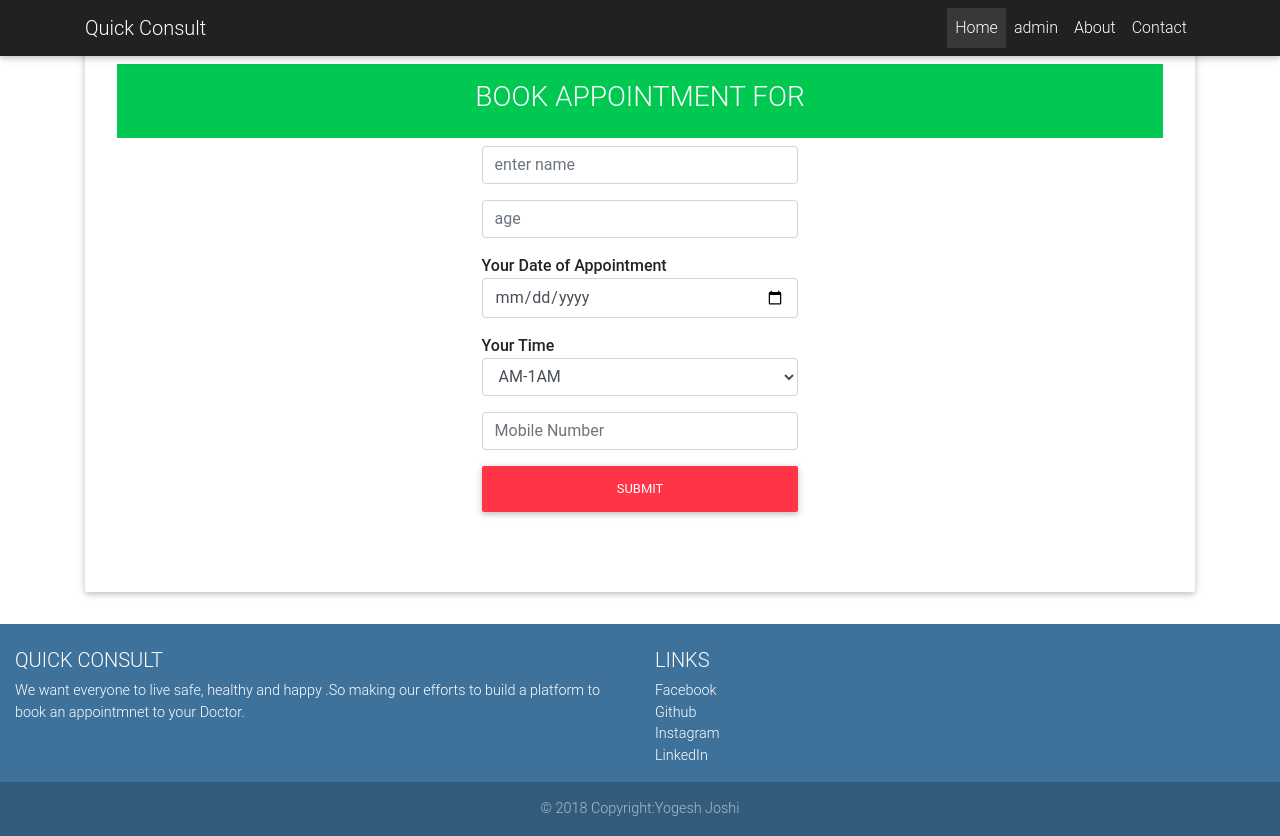
Repository: yogz-joshi/quick_consult
Page: work/v2/views/form2.ejs
The author's editor kept a record of every edit. The page is drawn from the files as they stood at one moment, then again after the next edit.
The browser window is 1280 px wide. The pictures show the whole page.
Some web libraries are served in a nearby version. The page is served by the project's Node server (work/v2/app.js). The template is opened directly, without the code that normally fills it, so the values that code supplies are empty.

Above is the page before.

After the next edit:
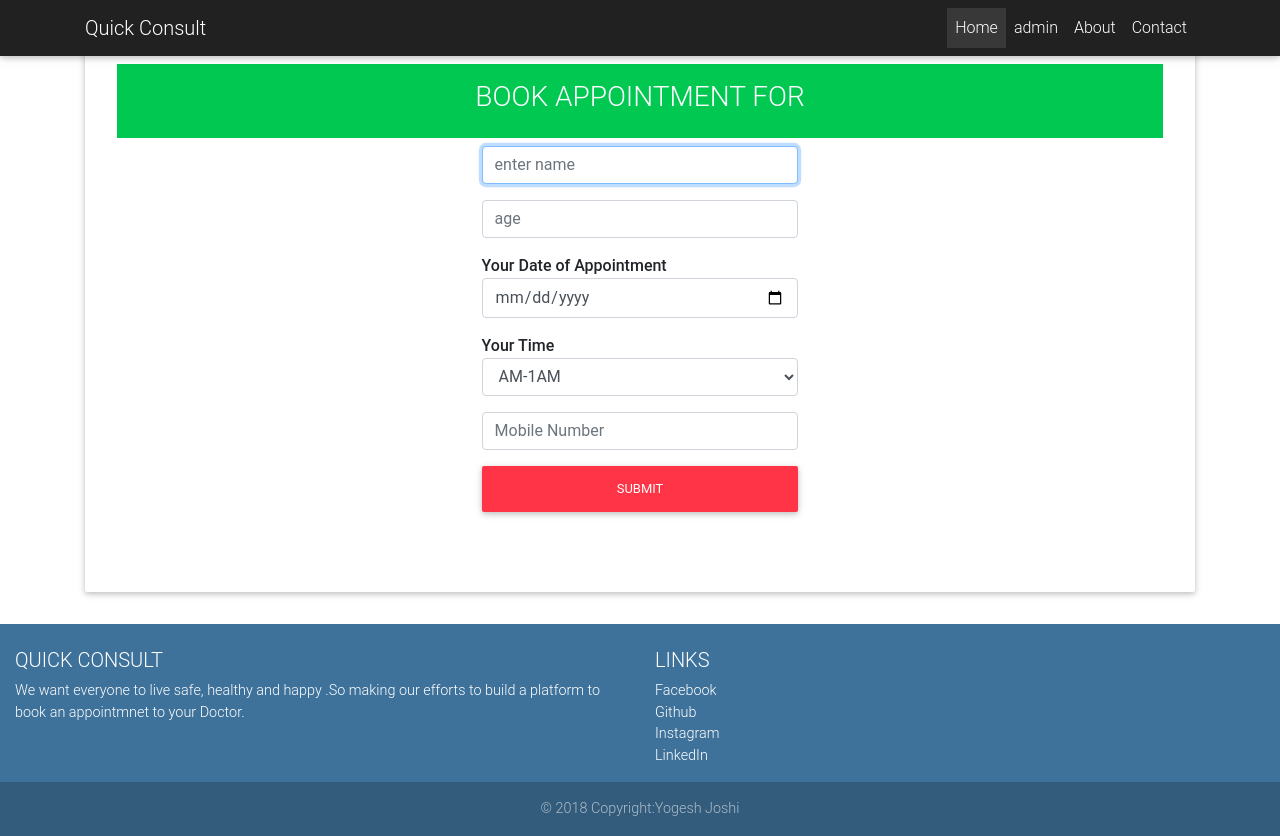
The edit:
--- a/work/v2/views/form2.ejs
+++ b/work/v2/views/form2.ejs
@@ -22,7 +22,7 @@
         <div style="width:30%; margin: 0 auto;">
 <form action="/clinic/<%=clinics._id%>" method="POST">
 
-    <div class="form-group"><input class="form-control" type="text" name="users[name]" placeholder="enter name" required></div>
+    <div class="form-group"><input class="form-control" type="text" name="users[name]" placeholder="enter name" required autofocus></div>
     <div class="form-group"><input class="form-control" type="text" name="users[age]" placeholder="age" required></div>
     <strong>Your Date of Appointment</strong>
     <div class="form-group "><input class="form-control " type="date" name="users[date]" ></div>
